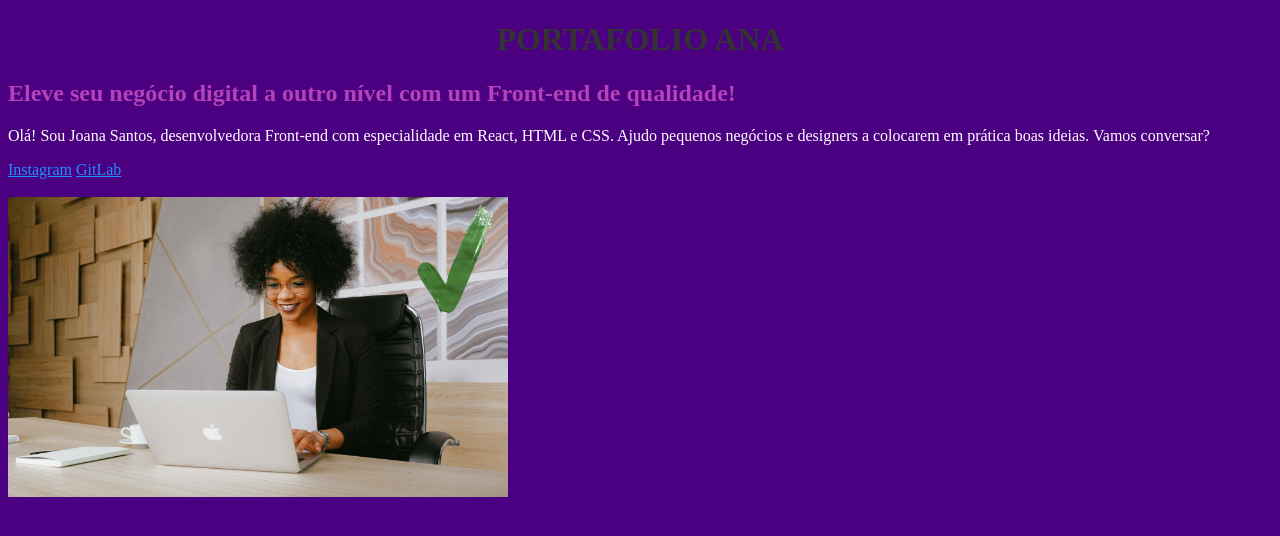
Repository: AnaFzCz/PROYECTOS-HTML---CSS2
Page: Portafolio/index.html
An editor plug-in stored every save of this project. The page is shown before and after the next save, followed by the edit.
The browser window is 1280 px wide. The pictures show the whole page.

Above is the page before, as saved 2025-01-22 06:40:04.

After the next save:
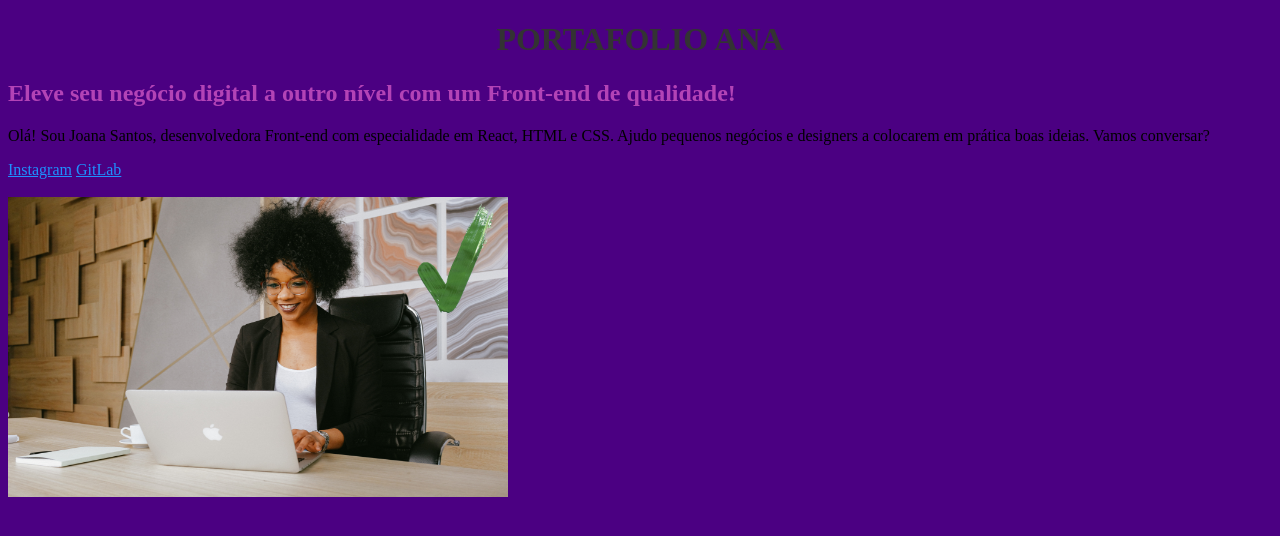
Saved 6 h 16 min later.
--- a/Portafolio/style.css
+++ b/Portafolio/style.css
@@ -1,6 +1,6 @@
 body{
    background-color: indigo;
-   color:white;
+   color:f6f6f6;
 
 }
 h1 {
